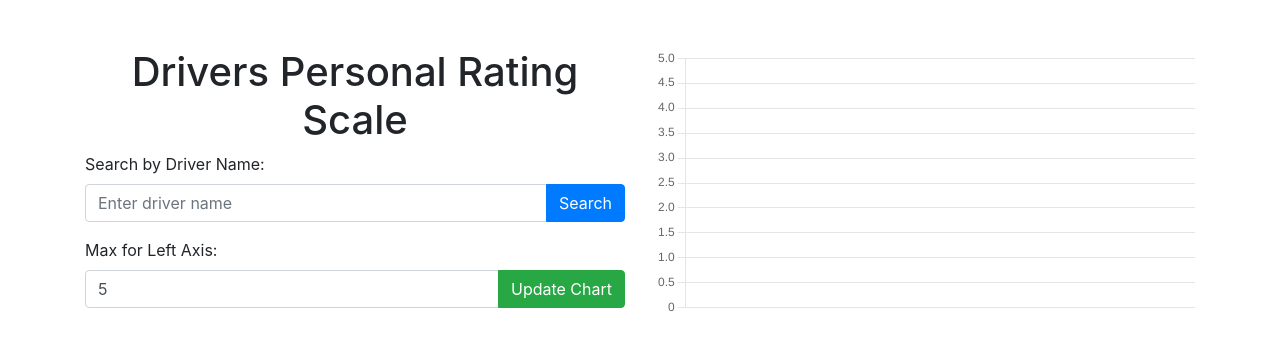
Repository: adrcstro/TrackingManagement
Page: http://localhost/tcpdf/Loginsystem/fetchdata.php
The author's editor kept a copy of each file at every save. The page is drawn from the files as they stood at one save, then again after the next save.
The browser window is 1280 px wide. The pictures show the whole page.
Some icons come from a web library that is not loaded, so they are not drawn. Some web libraries are served in a nearby version. The page is run by PHP 8.4 with error messages shown; the project is at /var/www/html/. Queries for data that is not in the repository find no rows.

Above is the page before, as saved 2023-11-24 19:09:41.
Console error: TypeError: Cannot read properties of null (reading 'addEventListener')

### Loginsystem/fetchdata.php
<!DOCTYPE html>
<html lang="en">
<head>
    <meta charset="UTF-8">
    <meta name="viewport" content="width=device-width, initial-scale=1.0">
    <link href="https://maxcdn.bootstrapcdn.com/bootstrap/4.5.2/css/bootstrap.min.css" rel="stylesheet">
    <link href="https://cdnjs.cloudflare.com/ajax/libs/font-awesome/5.15.1/css/all.min.css" rel="stylesheet"> <!-- Font Awesome -->
    <script src="https://cdn.jsdelivr.net/npm/chart.js"></script>

    <style>
        .card {
            transition: transform 0.3s;
            position: relative;
            box-shadow: 0 4px 8px rgba(0, 0, 0, 0.1);
            height: 100%;
        }

        .card:hover {
            transform: scale(1.05);
            box-shadow: 0 8px 16px rgba(0, 0, 0, 0.2);
        }

        .card-img-top {
            object-fit: cover;
            height: 250px;
            width: 100%;
        }

        .card-body {
            padding-bottom: 40px; /* Adjust padding to accommodate the button */
        }

        .card-title {
            height: -3rem; /* Limit the height of the title */
            overflow: hidden;
        }

        .card-text {
            max-height: 6rem; /* Limit the height of the description */
            overflow: hidden;
        }

        .read-more-modal {
            max-width: 800px; /* Adjust the width of the modal */
        }
    </style>
    <title>News and Events</title>
</head>
<body>

<div class="container">
        <div class="row  mt-4">
            <div class="col-md-6">
                <h1 class="text-center mt-4">Drivers Personal Rating Scale</h1>

                <form method="post" action="" class="mt-2">
    <div class="form-group">
        <label for="search">Search by Driver Name:</label>
        <div class="input-group">
            <input type="text" name="search" id="search" class="form-control" placeholder="Enter driver name">
            <div class="input-group-append">
                <button type="submit" class="btn btn-primary"><i class="bi bi-search icon"></i>Search</button>
            </div>
        </div>
    </div>
</form>

<div class="form-group mt-2">
    <label for="maxLeft">Max for Left Axis:</label>
    <div class="input-group">
        <input type="number" name="maxLeft" id="maxLeft" value="5" class="form-control" placeholder="Enter max value">
        <div class="input-group-append">
            <button onclick="updateChart()" class="btn btn-success"><i class="bi bi-bar-chart icon"></i>Update Chart</button>
        </div>
    </div>
</div>



            </div>

            <div class="col-md-6">
                <div style="width: 100%;"  class="mt-4">
                    <canvas id="myChart"></canvas>
                </div>
            </div>
        </div>
    </div>


<script>
        // Add your custom scripts here
        function updateChart() {
            // Your chart update logic
        }
    </script>
<?php
// Connect to your database
$servername = "localhost"; // Replace with your server name
$username = "root"; // Replace with your username
$password = ""; // Replace with your password
$dbname = "plate-to-place-v-tracking";

$conn = new mysqli($servername, $username, $password, $dbname);

// Check connection
if ($conn->connect_error) {
    die("Connection failed: " . $conn->connect_error);
}

// Function to fetch data from the rating table based on the search term
function fetchData($conn, $searchTerm) {
    $sql = "SELECT DriverName, Rate FROM rating WHERE DriverName LIKE '%$searchTerm%'";
    $result = $conn->query($sql);

    $data = array();
    if ($result->num_rows > 0) {
        while ($row = $result->fetch_assoc()) {
            $data[] = $row;
        }
    }

    return $data;
}

// Process search form submission
if ($_SERVER["REQUEST_METHOD"] == "POST") {
    $searchTerm = $_POST["search"];
    $data = fetchData($conn, $searchTerm);
} else {
    // If no search term, initialize with an empty array
    $data = array();
}

// Close the database connection
$conn->close();
?>

<script>
// Prepare data for Chart.js
var data = <?php echo json_encode($data); ?>;

// Create an object to count the occurrences of each rating for each driverName
var ratingCounts = {};

data.forEach(function(item) {
    var driverName = item.DriverName;
    var rate = item.Rate;

    // Initialize the count for the driverName if not already present
    if (!ratingCounts[driverName]) {
        ratingCounts[driverName] = [0, 0, 0, 0, 0]; // Index 0 represents rating 1, index 4 represents rating 5
    }

    // Increment the count for the corresponding rating
    ratingCounts[driverName][rate - 1]++;
});

// Prepare labels and data for the chart
var labels = Object.keys(ratingCounts);
var datasets = [];

// Iterate through each driverName and create a dataset for the bar graph
labels.forEach(function(driverName) {
    var counts = ratingCounts[driverName];

    datasets.push({
        label: driverName,
        data: counts,
        backgroundColor: getRandomColor(), // Function to get a random color for each driverName
        borderColor: 'rgba(75, 192, 192, 1)',
        borderWidth: 1
    });
});

// Default max value for left axis
var maxLeft = 5;

// Declare myChart outside the function
var myChart;

// Draw the initial bar chart
drawChart();

// Function to draw or update the bar chart
function drawChart() {
    var ctx = document.getElementById('myChart').getContext('2d');
    myChart = new Chart(ctx, {
        type: 'bar',
        data: {
            labels: ['Very Poor', 'Poor', 'Fair', 'Good', 'Excellent'], // Ratings 1 to 5
            datasets: datasets
        },
        options: {
            scales: {
                y: {
                    beginAtZero: true,
                    stepSize: 1,
                    max: maxLeft
                }
            }
        }
    });
}

// Function to generate a random color
function getRandomColor() {
    var letters = '0123456789ABCDEF';
    var color = '#';
    for (var i = 0; i < 6; i++) {
        color += letters[Math.floor(Math.random() * 16)];
    }
    return color;
}

// Function to update the chart based on user input
function updateChart() {
    // Get value from input field
    maxLeft = parseInt(document.getElementById('maxLeft').value);

    // Destroy the existing chart and redraw with updated options
    myChart.destroy();
    drawChart();
}
</script>









<div class="container mt-5 mb-5">
    <div class="row">
    <?php
        // Replace these with your actual database connection details
        $host = "localhost";
        $username = "root";
        $password = "";
        $database = "plate-to-place-v-tracking";

        // Create a database connection
        $your_db_connection = mysqli_connect($host, $username, $password, $database);

        // Check the connection
        if (!$your_db_connection) {
            die("Connection failed: " . mysqli_connect_error());
        }

        // Fetch data from the "newsandevents" table
        $query = "SELECT id, Username, Age, Password, PermittoOperate,PhoneNumber,HomeAddress FROM driverstbl";
        $result = mysqli_query($your_db_connection, $query);

        // Check if the query was successful
        if ($result) {
            // Fetch data row by row
            while ($row = mysqli_fetch_assoc($result)) {
                $drivername = $row['Username'];
                $ViehicleNumber = $row['Age'];
                $PlateNumber = $row['Password'];
                $image = $row['PermittoOperate'];
                $phone = $row['PhoneNumber'];
                $home = $row['HomeAddress'];

                // Display data in Bootstrap cards
                echo '<div class="col-md-4 mb-5">';
                echo '<div class="card">';
                echo '<img src="uploads/' . $image . '" class="card-img-top" alt="Card Image">';
                echo '<div class="card-body text-center">';

                // Displaying the driver information
                // Existing code

echo '<h6 class="card-title">Drivers Name: <span style="font-weight:normal;">' . $drivername . '</span></h6>';
echo '<h6 class="card-title">Vehicle Number: <span style="font-weight:normal;">' . $ViehicleNumber . '</span></h6>';
echo '<h6 class="card-title">Plate Number: <span style="font-weight:normal;">' . $PlateNumber . '</span></h6>';
echo '<h6 class="card-title">Phone Number: <span style="font-weight:normal;">' . $phone . '</span></h6>';
echo '<h6 class="card-title">Home Address: <span style="font-weight:normal;">' . $home . '</span></h6>';
                echo '</div>';
                echo '</div>';
                echo '</div>';
            }

            // Free result set
            mysqli_free_result($result);
        } else {
            // Handle the error if the query fails
            echo "Error: " . mysqli_error($your_db_connection);
        }

        // Close the database connection
        mysqli_close($your_db_connection);
    ?>
    </div>
</div>

<script src="https://code.jquery.com/jquery-3.5.1.slim.min.js"></script>
<script src="https://cdn.jsdelivr.net/npm/@popperjs/core@2.5.3/dist/umd/popper.min.js"></script>
<script src="https://maxcdn.bootstrapcdn.com/bootstrap/4.5.2/js/bootstrap.min.js"></script>
<script src="https://kit.fontawesome.com/your-font-awesome-kit-id.js" crossorigin="anonymous"></script>









<script>
    // Initialize Bootstrap tooltips
    $(function () {
        $('[data-toggle="tooltip"]').tooltip();
    });
</script>

<script>
    document.addEventListener("DOMContentLoaded", function() {
        const searchInput = document.getElementById("SearchDriver");
        const searchResults = document.getElementById("searchResults");

        searchInput.addEventListener("input", function() {
            const searchText = searchInput.value.toLowerCase();
            if (searchText.length > 0) {
                fetch(`fetchdatadetails.php?search=${searchText}`)
                    .then(response => response.text())
                    .then(data => {
                        searchResults.innerHTML = data;
                    })
                    .catch(error => {
                        console.error('Error:', error);
                    });
            } else {
                searchResults.innerHTML = "";
            }
        });
    });
</script>
</body>
</html>

After the next save:
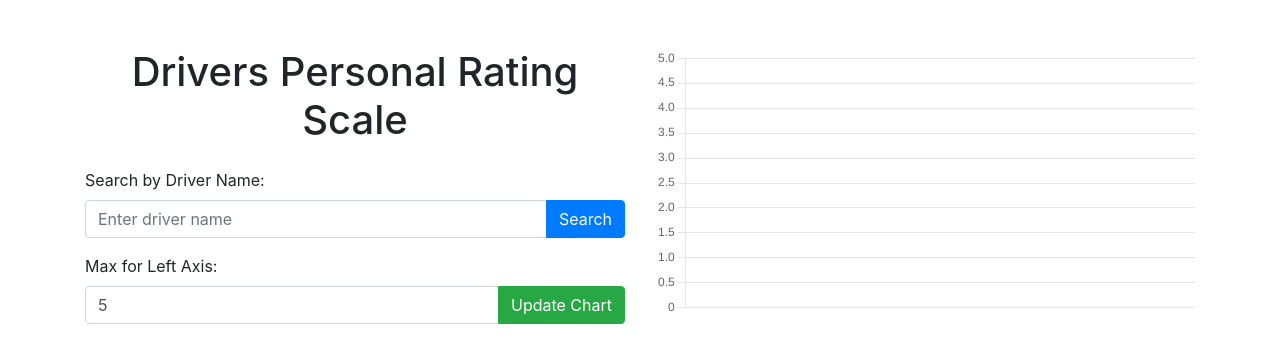
Saved 86 s later.
--- a/Loginsystem/fetchdata.php
+++ b/Loginsystem/fetchdata.php
@@ -53,7 +53,7 @@
             <div class="col-md-6">
                 <h1 class="text-center mt-4">Drivers Personal Rating Scale</h1>
 
-                <form method="post" action="" class="mt-2">
+                <form method="post" action="" class="mt-4">
     <div class="form-group">
         <label for="search">Search by Driver Name:</label>
         <div class="input-group">
